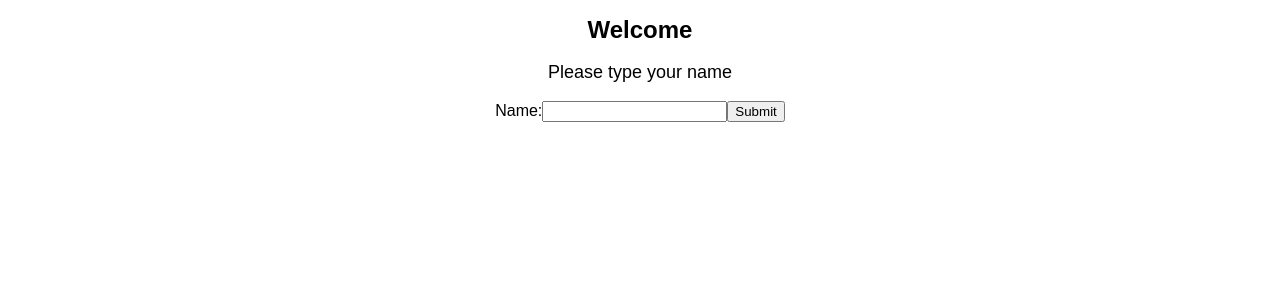
Repository: trider/carmel-falshcards-app
Page: /
An editor plug-in stored every save of this project. The page is shown before and after a run of saves, followed by the edit.
The browser window is 1280 px wide. The pictures show the whole page.
The project was rebuilt for these pictures with package versions that can differ from the ones it lists, and the page was loaded fresh each time. Also part of the build but not shown: src/components/Welcome.js.

Above is the page before, as saved 2018-05-01 12:04:28.

After the next 2 saves:
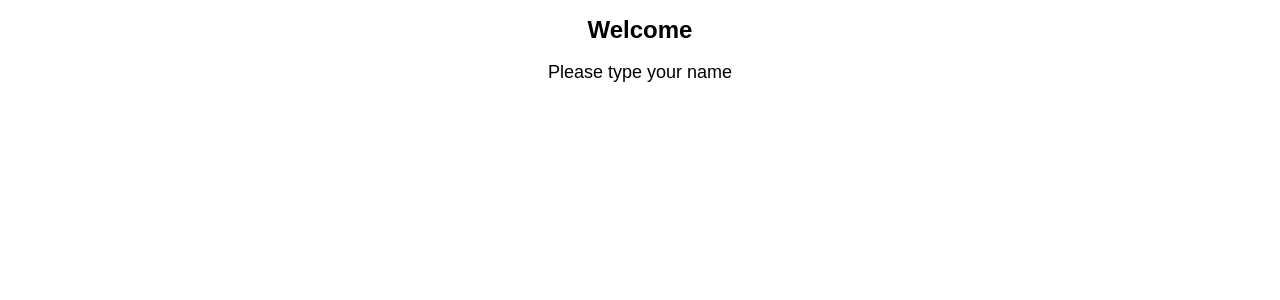
The 2 saves are shown as one change because 1 did not build or start.
The last was saved 11 s later.
--- a/src/components/Home2.js
+++ b/src/components/Home2.js
@@ -51,14 +51,11 @@
   displayForm() {
 
     return (
+      <div>
 
-      <form onSubmit={this.handleSubmit}>
-        <label>
-            Name:
-            <input type="text" name={this.state.name} onChange={this.handleChange}/>
-          </label>
-          <input type="submit" name="Submit"/>
-        </form>
+
+      </div>
+
     )
   }
 

After the save that followed:
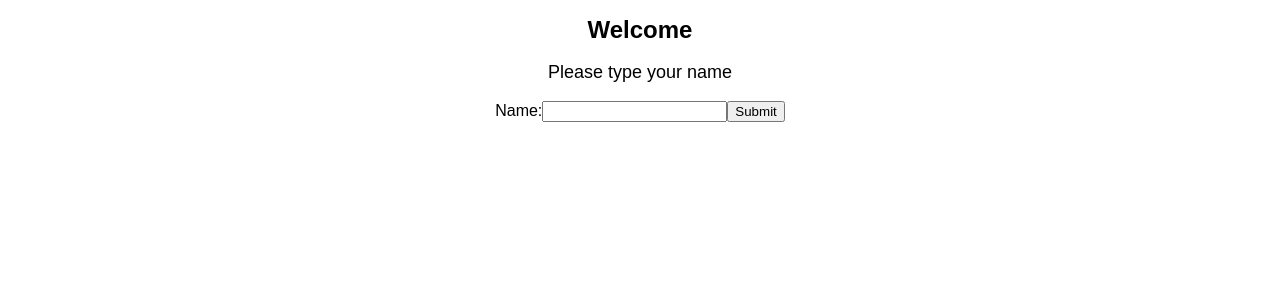
Saved 4 s later.
--- a/src/components/Home2.js
+++ b/src/components/Home2.js
@@ -52,7 +52,13 @@
 
     return (
       <div>
-
+             <form onSubmit={this.handleSubmit}>
+        <label>
+            Name:
+            <input type="text" name={this.state.name} onChange={this.handleChange}/>
+          </label>
+          <input type="submit" name="Submit"/>
+        </form>
 
       </div>
 
